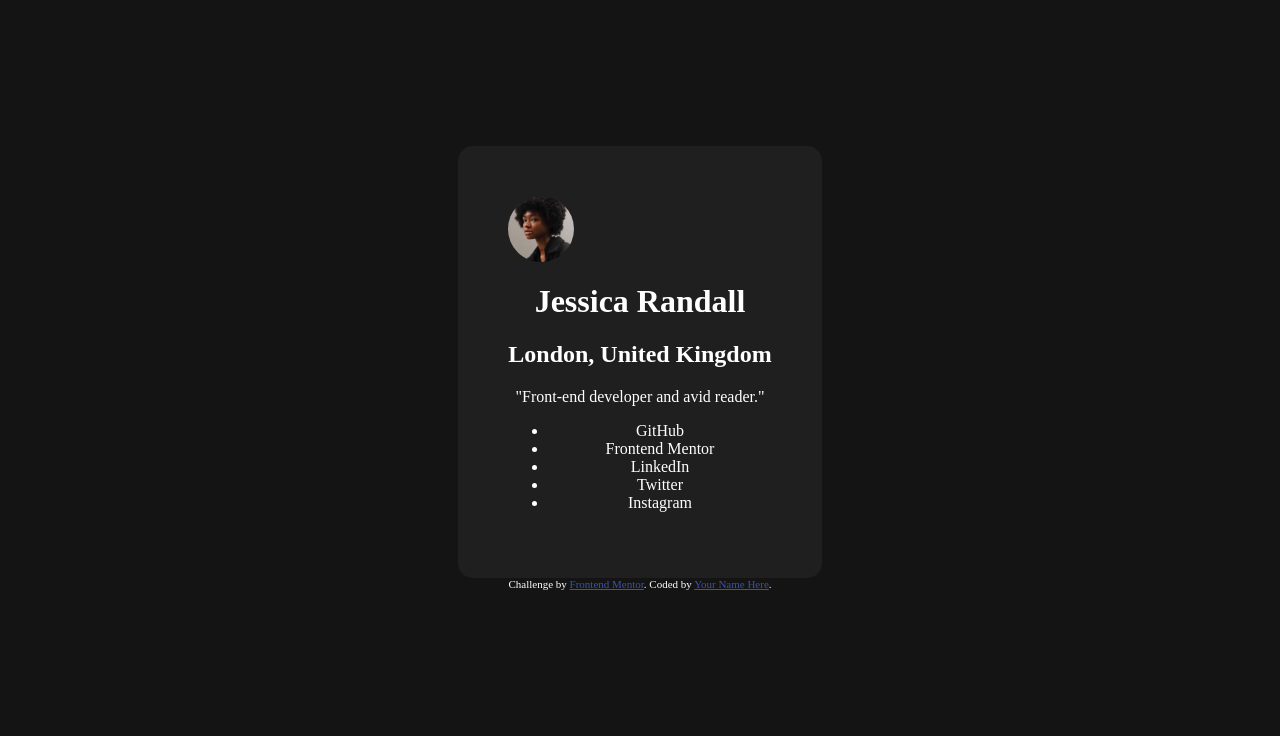
Repository: RudyJ/social-links-profile
Page: index.html
An editor plug-in stored every save of this project. The page is shown before and after the next save, followed by the edit.
The browser window is 1280 px wide. The pictures show the whole page.

Above is the page before, as saved 2024-04-02 19:36:35.

After the next save:
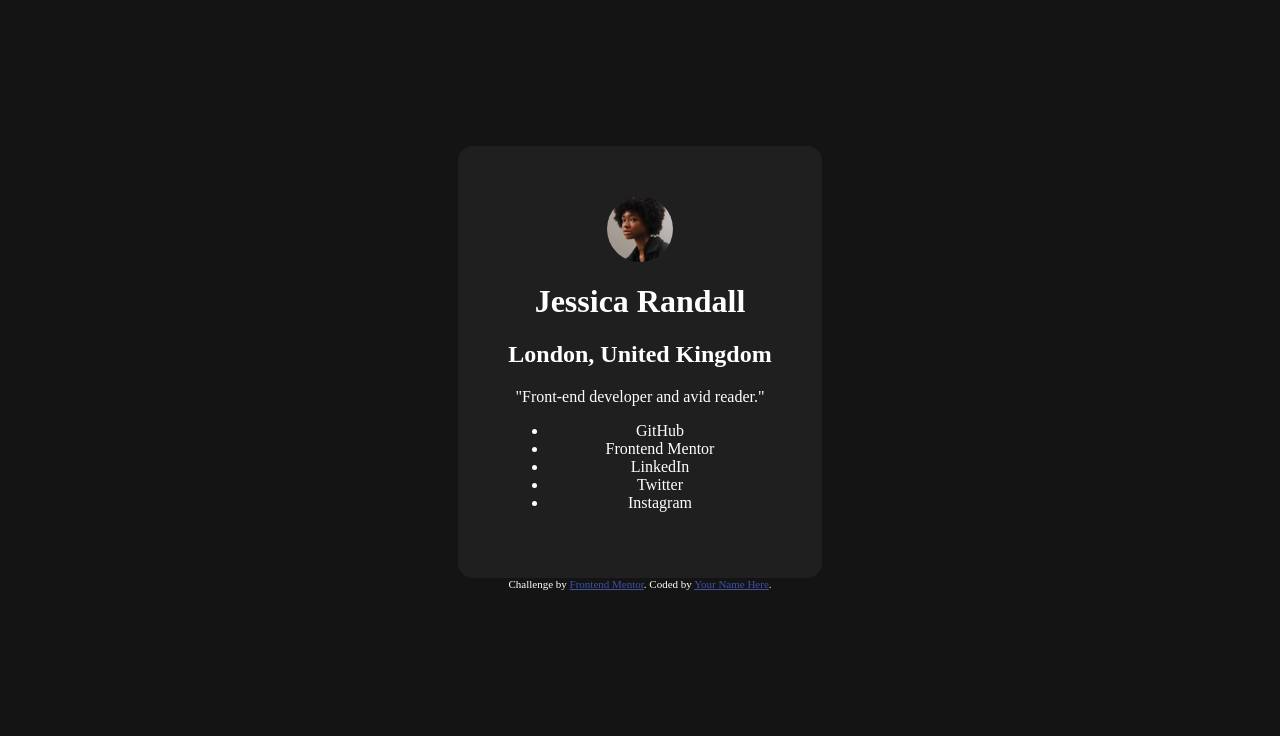
Saved 23 s later.
--- a/assets/css/style.css
+++ b/assets/css/style.css
@@ -22,6 +22,8 @@ body .card .imagem {
     width: 25%;
     border-radius: 50%;
     overflow: hidden;
+    display: block;
+    margin: auto;
 }
 
 body .card .imagem img {
